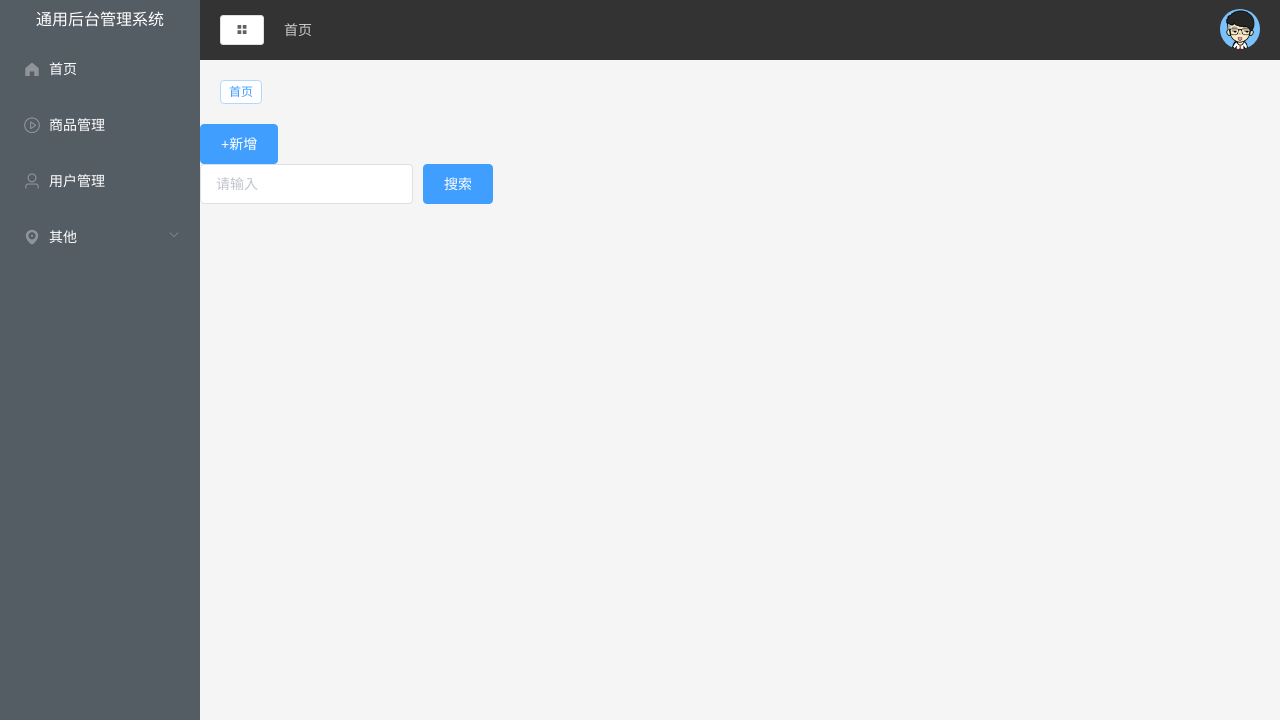
Repository: erwtt/git-demo
Page: /user (app in 后台管理系统/)
The author's editor kept a copy of each file at every save. The page is drawn from the files as they stood at one save, then again after the next save.
The browser window is 1280 px wide. The pictures show the whole page.
The project was rebuilt for these pictures with package versions that can differ from the ones it lists, and the page was loaded fresh each time. Also part of the build but not shown: 后台管理系统/vue.config.js.

Above is the page before, as saved 2022-05-15 22:50:58.

### 后台管理系统/src/main.js
import Vue from 'vue'
import App from './App.vue'
import{Container,Main,Header,Aside} from 'element-ui'
import ElementUI from 'element-ui';
import 'element-ui/lib/theme-chalk/index.css';
import router from './router'
import './assets/less/index.less'
import store from './store'
import http from 'axios'
import '../api/mock.js'
import echarts from 'echarts'
Vue.prototype.$echarts = echarts

Vue.config.productionTip = false
Vue.use(ElementUI)
// Vue.use(Container)
// Vue.use(Main)
// Vue.use(Header)
// Vue.use(Aside)
Vue.prototype.$http = http

new Vue({
  router,
  store,
  render: h => h(App),
}).$mount('#app')

### 后台管理系统/src/App.vue
<template>
  <div>
    <router-view></router-view>
  </div>
</template>

<script>

export default {
  name:'app',

}

</script>

<style>
  html,body{
    margin:0;
    padding: 0;
  }
</style>

### 后台管理系统/src/router/index.js
import Vue from 'vue'
import VueRouter from 'vue-router'
import Main from '../views/main.vue'

Vue.use(VueRouter)
const routes = [{
    path:'/',
    name:'Main',
    component:Main,
    children:[
        {
            path:'/home',
            name:'home',
            component:() => import('../views/home')
        },
        {
            path:'/user',
            name:'user',
            component:() => import('../views/user')
        },
        {
            path:'/mall',
            name:'mall',
            component:() => import('../views/mall')
        },
        {
            path:'/page1',
            name:'page1',
            component:() => import('../views/other/page1')
        },
        {
            path:'/page2',
            name:'page2',
            component:() => import('../views/other/page2')
        }
    ]
}]

export default new VueRouter({
    mode:'history',
    routes
})

### 后台管理系统/src/store/index.js
import Vue from 'vue'
import Vuex from 'vuex'
import tab from './tab'
Vue.use(Vuex)


export default new Vuex.Store({
    modules:{
        tab
    }
})

### 后台管理系统/api/mock.js
import Mock from 'mockjs'
import homeApi from './mockServeData/home.js'
import userApi from './mockServeData/user'

Mock.mock('/home/getData',homeApi.getStatisticalData)
Mock.mock(/user\/add/,'post',userApi.createUser)
Mock.mock(/user\/edit/,'post',userApi.updateUser)

### 后台管理系统/src/views/main.vue
<template>
  <el-container style="height: 100%">
    <el-aside width="auto">
      <common-aside></common-aside>
    </el-aside>
    <el-container>
      <el-header>
        <common-header></common-header>
      </el-header>
      <common-tag></common-tag>
      <el-main>
        <router-view></router-view>
      </el-main>
    </el-container>
  </el-container>

</template>

<script>
//import CommonHeaderVue from '@/components/CommonHeader.vue'
//import { component } from 'vue/types/umd'
import CommonAside from '../components/CommonAside.vue'
import CommonHeader from '../components/CommonHeader.vue'
import CommonTag from '../components/CommonTag.vue'
export default {
  name:'Home',
  data(){
    return{

    }
  },
  components:{
    CommonAside,
    CommonHeader,
    CommonTag
  }
}
</script>

<style lang='less' scoped>
  .el-header{
    background: #333;
  }
  .el-main{
    padding: 0;
  }
</style>

### 后台管理系统/src/views/user/index.vue
<template>
  <div class="manage">
     <el-dialog
        :title="operateType === 'add' ? '新增用户' : '更新用户'"
        :visible.sync="isShow"
      >
        <common-form
            :formLabel="operateFormLabel"
            :form="operateForm"
            :inline="true"
            ref="form"
        ></common-form>
        <div slot="footer" class="dialog-footer">
            <el-button @click="isShow = false">取消</el-button>
            <el-button type="primary" @click="confirm">确定</el-button>
        </div>
        </el-dialog>
        <div class="manage-header">
            <el-button type="primary" @click="addUser">+新增</el-button>
             <common-form
            :formLabel="formLabel"
            :form="searchForm"
            :inline="true"
            ref="form"
        >
            <el-button type="primary" @click="getList" >搜索</el-button>
        </common-form>
        </div>

  </div>
</template>

<script>
import CommonForm from '../../components/CommonForm.vue'
export default {
    name:'User',
    components:{
        CommonForm
    },
    data(){
        return{
            operateType:'add',
            isShow:false,
            operateFormLabel: [
                    {
                        model: 'name',
                        label: '姓名',
                        type: 'input'
                    },
                    {
                        model: 'age',
                        label: '年龄',
                        type: 'input'
                    },
                    {
                        model: 'sex',
                        label: '性别',
                        type: 'select',
                        opts: [
                            {
                                label: '男',
                                value: 1
                            },
                            {
                                label: '女',
                                value: 0
                            }
                        ]
                    },
                    {
                        model: 'birth',
                        label: '出生日期',
                        type: 'date'
                    },
                    {
                        model: 'addr',
                        label: '地址',
                        type: 'input'
                    }
                ],
                operateForm:{
                    name:'',
                    addr:'',
                    age:'',
                    birth:'',
                    sex:''
                },
                formLabel:[{
                    model:'keyword',
                    label:'',
                    type:'input'
                }],
                searchForm:{
                    keyword:''
                }
        }
    },
    methods: {
        confirm(){
            if(this.operateType === 'edit'){
                this.$http.post('/user/edit',this.operateForm).then(res =>{
                    this.isShow = false
                    console.log(res)
                })
            }
            else{
                this.$http.post('/user.add', this.operateForm).then(res => {
                    this.isShow = false
                     console.log(res)
                })
            }
        },
        addUser(){
            this.isShow = true;
            this.operateType = 'add'
            this.operateForm={
                    name:'',
                    addr:'',
                    age:'',
                    birth:'',
                    sex:''
            }
        },
        getList(){

        }
    },

}
</script>

<style>

</style>

### 后台管理系统/src/assets/less/home.less
.home {
    .user {
      display: flex;
      align-items: center;
      padding-bottom: 20px;
      margin-bottom: 20px;
      border-bottom: 1px solid #ccc;
      img {
        width: 150px;
        height: 150px;
        border-radius: 50%;
        margin-right: 40px;
      }
      &info {
        .name {
          font-size: 32px;
          margin-bottom: 10px;
        }
        .access {
          color: #999999;
        }
      }
    }
    .login-info {
      p {
        line-height: 28px;
        font-size: 14px;
        color: #999999;
        span {
          color: #666666;
          margin-left: 60px;
        }
      }
    }
    .num {
      display: flex;
      flex-wrap: wrap;
      justify-content: space-between;
      .el-card {
        width: 32%;
        margin-bottom: 20px;
      }
      .icon {
        font-size: 30px;
        width: 80px;
        height: 60px;
        text-align: center;
        line-height: 60px;
        color: #fff;
      }
      .detail {
        margin-left: 15px;
        display: flex;
        flex-direction: column;
        justify-content: center;
        .num {
          font-size: 30px;
          margin-bottom: 10px;
        }
        .txt {
          font-size: 14px;
          text-align: center;
          color: #999999;
        }
      }
    }
    .graph {
      margin-top: 20px;
      display: flex;
      justify-content: space-between;
      .el-card {
        width: 48%;
      }
    }
  }

### 后台管理系统/src/store/tab.js
//import request from '@/api'

export default{
    namespaced:true,
    state:{
        isCollapse: false,
        tabsList:[
            {
                path:'/home',
                name:'home',
                label:'首页',
                icon:'home'
            }
        ],
        currentMenu: null,
        login: {}
    },
    mutations:{
        collapseMenu(state){
            state.isCollapse = !state.isCollapse
        },
        selectMenu(state, val){
            if(val.name != 'home'){
                state.currentMenu = val
                const result = state.tabsList.findIndex(item => item.name === val.name)
                if(result === -1)
                    state.tabsList.push(val)
            }
            else{
                state.currentMenu = null
            }
        },
        closeTag(state, val){
            const result = state.tabsList.findIndex(item => item.name === val.name)
            if(result !== -1){
                state.tabsList.splice(result,1)
            }
        },
        // login(state, res){
        //     state.login = res
        // }
    },
    // actions:{
    //     login({commit}){
    //         request.login().then((res)=>{
    //             commit('login', res)
    //         })

    //     }
    // }
}

### 后台管理系统/api/mockServeData/home.js
// mock数据模拟
import Mock from 'mockjs'

// 图表数据
let List = []
export default {
  getStatisticalData: () => {
    //Mock.Random.float 产生随机数100到8000之间 保留小数 最小0位 最大0位
    for (let i = 0; i < 7; i++) {
      List.push(
        Mock.mock({
          苹果: Mock.Random.float(100, 8000, 0, 0),
          vivo: Mock.Random.float(100, 8000, 0, 0),
          oppo: Mock.Random.float(100, 8000, 0, 0),
          魅族: Mock.Random.float(100, 8000, 0, 0),
          三星: Mock.Random.float(100, 8000, 0, 0),
          小米: Mock.Random.float(100, 8000, 0, 0)
        })
      )
    }
    return {
      code: 20000,
      data: {
        // 饼图
        videoData: [
          {
            name: '小米',
            value: 2999
          },
          {
            name: '苹果',
            value: 5999
          },
          {
            name: 'vivo',
            value: 1500
          },
          {
            name: 'oppo',
            value: 1999
          },
          {
            name: '魅族',
            value: 2200
          },
          {
            name: '三星',
            value: 4500
          }
        ],
        // 柱状图
        userData: [
          {
            date: '周一',
            new: 5,
            active: 200
          },
          {
            date: '周二',
            new: 10,
            active: 500
          },
          {
            date: '周三',
            new: 12,
            active: 550
          },
          {
            date: '周四',
            new: 60,
            active: 800
          },
          {
            date: '周五',
            new: 65,
            active: 550
          },
          {
            date: '周六',
            new: 53,
            active: 770
          },
          {
            date: '周日',
            new: 33,
            active: 170
          }
        ],
        // 折线图
        orderData: {
          date: ['20191001', '20191002', '20191003', '20191004', '20191005', '20191006', '20191007'],
          data: List
        },
        tableData: [
          {
            name: 'oppo',
            todayBuy: 500,
            monthBuy: 3500,
            totalBuy: 22000
          },
          {
            name: 'vivo',
            todayBuy: 300,
            monthBuy: 2200,
            totalBuy: 24000
          },
          {
            name: '苹果',
            todayBuy: 800,
            monthBuy: 4500,
            totalBuy: 65000
          },
          {
            name: '小米',
            todayBuy: 1200,
            monthBuy: 6500,
            totalBuy: 45000
          },
          {
            name: '三星',
            todayBuy: 300,
            monthBuy: 2000,
            totalBuy: 34000
          },
          {
            name: '魅族',
            todayBuy: 350,
            monthBuy: 3000,
            totalBuy: 22000
          }
        ]
      }
    }
  }
}

### 后台管理系统/api/mockServeData/user.js
import Mock from 'mockjs'

// get请求从config.url获取参数，post从config.body中获取参数
function param2Obj (url) {
  const search = url.split('?')[1]
  if (!search) {
    return {}
  }
  return JSON.parse(
    '{"' +
    decodeURIComponent(search)
      .replace(/"/g, '\\"')
      .replace(/&/g, '","')
      .replace(/=/g, '":"') +
    '"}'
  )
}

let List = []
const count = 200

for (let i = 0; i < count; i++) {
  List.push(
    Mock.mock({
      id: Mock.Random.guid(),
      name: Mock.Random.cname(),
      addr: Mock.mock('@county(true)'),
      'age|18-60': 1,
      birth: Mock.Random.date(),
      sex: Mock.Random.integer(0, 1)
    })
  )
}

export default {
  /**
   * 获取列表
   * 要带参数 name, page, limt; name可以不填, page,limit有默认值。
   * @param name, page, limit
   * @return {{code: number, count: number, data: *[]}}
   */
  getUserList: config => {
    const { name, page = 1, limit = 20 } = param2Obj(config.url)
    console.log('name:' + name, 'page:' + page, '分页大小limit:' + limit)
    const mockList = List.filter(user => {
      if (name && user.name.indexOf(name) === -1 && user.addr.indexOf(name) === -1) return false
      return true
    })
    const pageList = mockList.filter((item, index) => index < limit * page && index >= limit * (page - 1))
    return {
      code: 20000,
      count: mockList.length,
      list: pageList
    }
  },
  /**
   * 增加用户
   * @param name, addr, age, birth, sex
   * @return {{code: number, data: {message: string}}}
   */
  createUser: config => {
    const { name, addr, age, birth, sex } = JSON.parse(config.body)
    console.log(JSON.parse(config.body))
    List.unshift({
      id: Mock.Random.guid(),
      name: name,
      addr: addr,
      age: age,
      birth: birth,
      sex: sex
    })
    return {
      code: 20000,
      data: {
        message: '添加成功'
      }
    }
  },
  /**
   * 删除用户
   * @param id
   * @return {*}
   */
  deleteUser: config => {
    const { id } = param2Obj(config.url)
    if (!id) {
      return {
        code: -999,
        message: '参数不正确'
      }
    } else {
      List = List.filter(u => u.id !== id)
      return {
        code: 20000,
        message: '删除成功'
      }
    }
  },
  /**
   * 批量删除
   * @param config
   * @return {{code: number, data: {message: string}}}
   */
  batchremove: config => {
    let { ids } = param2Obj(config.url)
    ids = ids.split(',')
    List = List.filter(u => !ids.includes(u.id))
    return {
      code: 20000,
      data: {
        message: '批量删除成功'
      }
    }
  },
  /**
   * 修改用户
   * @param id, name, addr, age, birth, sex
   * @return {{code: number, data: {message: string}}}
   */
  updateUser: config => {
    const { id, name, addr, age, birth, sex } = JSON.parse(config.body)
    const sex_num = parseInt(sex)
    List.some(u => {
      if (u.id === id) {
        u.name = name
        u.addr = addr
        u.age = age
        u.birth = birth
        u.sex = sex_num
        return true
      }
    })
    return {
      code: 20000,
      data: {
        message: '编辑成功'
      }
    }
  }
}

### 后台管理系统/src/components/CommonAside.vue
<template>
<div>
<!-- <el-radio-group v-model="isCollapse" style="margin-bottom: 20px;">
  <el-radio-button :label="false">展开</el-radio-button>
  <el-radio-button :label="true">收起</el-radio-button>
</el-radio-group> -->

  <el-menu
    default-active="1-4-1"
    class="el-menu-vertical-demo"
    @open="handleOpen"
    @close="handleClose"
    :collapse="isCollapse"
    background-color="#545c64"
    text-color='#fff'
    active-text-color='#ffd04b'
  >
    <h3>
        {{isCollapse ? '后台':'通用后台管理系统'}}
    </h3>
  <el-menu-item @click='clickMenu(item)' v-for='item in noChildren'  :index='item.path' :key='item.path'>
      <i :class='"el-icon-"+item.icon'></i>
      <span slot="title">{{item.label}}</span>
    </el-menu-item>
    <el-submenu v-for='item in hasChildren' :index='item.path' :key='item.path'>
      <template slot="title">
        <i :class="'el-icon-'+item.icon"></i>
        <span slot="title">{{item.label}}</span>
      </template>
      <el-menu-item-group  v-for='item2 in item.children' :key='item2.path'>

        <el-menu-item @click='clickMenu(item2)' :index="item2.path">{{item2.label}}</el-menu-item>


      </el-menu-item-group>


    </el-submenu>



  </el-menu>
  </div>
</template>

<style lang="less" scoped>
.el-menu-vertical-demo:not(.el-menu--collapse) {
  width: 200px;
  min-height: 400px;
}
.el-menu{


    height: 100vh;
    border:none;
         h3{
            color: #fff;
            text-align: center;
            line-height: 40px;
        }
}

</style>

<script>
//import {mapMutations,mapState} from 'vuex'
export default {
  data() {
    return {
      //isCollapse: false,
      menu:[
        {
          path: '/',
          name: 'home',
          label: '首页',
          icon: 's-home',
          url: 'Home/Home'
        },
        {
          path: '/mall',
          name: 'mall',
          label: '商品管理',
          icon: 'video-play',
          url: 'MallManage/MallManage'
        },
        {
          path: '/user',
          name: 'user',
          label: '用户管理',
          icon: 'user',
          url: 'UserManage/UserManage'
        },
        {
          label: '其他',
          icon: 'location',
          children: [
            {
              path: '/page1',
              name: 'page1',
              label: '页面1',
              icon: 'setting',
              url: 'Other/PageOne'
            },
            {
              path: '/page2',
              name: 'page2',
              label: '页面2',
              icon: 'setting',
              url: 'Other/PageTwo'
            }
          ],
        }
      ]
    };
  },
  methods: {
    handleOpen(key, keyPath) {
      console.log(key, keyPath);
    },
    handleClose(key, keyPath) {
      console.log(key, keyPath);
    },
    clickMenu(item){
        this.$router.push({
            name:item.name
        })
        this.$store.commit('tab/selectMenu',item)
    }
  },
  computed:{
      noChildren(){
          return this.menu.filter(item=> !item.children)
      },
      hasChildren(){
          return this.menu.filter(item => item.children)
      },

      isCollapse(){
        return this.$store.state.tab.isCollapse
      }
  }
};
</script>

### 后台管理系统/src/components/CommonHeader.vue
<template>
  <header>
      <div class='l-content'>
          <el-button @click="dropdownClick" plain icon='el-icon-menu' size='mini'></el-button>
          <!-- <h3 style="color:#fff">首页</h3> -->
          <el-breadcrumb separator="/">
            <el-breadcrumb-item style="color:#dfa" v-for='item in tags' :key='item.path' :to="{ path: item.path }">{{item.label}}</el-breadcrumb-item>

        </el-breadcrumb>
      </div>
      <div class='r-content'>
          <el-dropdown  trigger="click" size='mini'>
              <span>
                  <img class='user' :src="userImg" >
              </span>
            <el-dropdown-menu slot="dropdown">
              <el-dropdown-item>个人中心</el-dropdown-item>
              <el-dropdown-item>退出</el-dropdown-item>
            </el-dropdown-menu>
          </el-dropdown>

      </div>
  </header>
</template>

<script>
import {mapMutations,mapState} from 'vuex'
export default {
    name:'CommonHeader',
    data(){
        return{
            userImg:require('../assets/images/user.png')
        }
    },
    methods: {
        // dropdownClick(){
        //     this.$store.commit('collapseMenu')
        // }
        ...mapMutations('tab',{dropdownClick:'collapseMenu'})

    },
    computed:{
        ...mapState({
            tags:state => state.tab.tabsList
        })
    }
}
</script>

<style  lang='less' scoped>
    header{
        display: flex;
        height: 100%;
        justify-content: space-between;
        align-items:center ;
    }
    .l-content{
        display: flex;
        align-content: center;
        .el-button{
            margin-right:20px;
        }
        .el-breadcrumb {
            line-height: 30px;
        }
       .el-breadcrumb  /deep/  .el-breadcrumb__inner
      {
        color: #ccc !important;				//你想要设置的字体颜色
    }
    }
    .r-content{
        .user{
            width: 40px;
            height: 40px;
            border-radius:50%;
        }
    }
</style>

### 后台管理系统/src/components/CommonTag.vue
<template>
  <div class='tabs'>
      <el-tag size='small' v-for='(tag, index) in tags' :key="tag.name" :closable="tag.name !== 'home'"
      :effect="$route.name === tag.name ? 'dark' : 'plain'"
      @click="changeMenu(tag)"
      @close='handleClose(tag, index)'>
         {{tag.label}}
      </el-tag>
  </div>
</template>

<script>
import {mapState,mapMutations} from 'vuex'
export default {
    name:'CommonTag',
    data(){
        return {

        }
    },
    computed:{
        ...mapState({
            tags:state => state.tab.tabsList
        }
        )
    },
    methods: {
        changeMenu(item){
            this.$router.push({name: item.name})
        },
        handleClose(tag, index){
            const length = this.tags.length-1
            this.close(tag)
            if(tag.name !== this.$route.name)
            return;
            if(index === length){
                this.$router.push({
                    name:this.tags[index-1].name
                })
            }
            else{
                this.$router.push({
                    name:this.tags[index].name
                })
            }
        },
        ...mapMutations('tab',{close:'closeTag'})
    },
}
</script>

<style lang="less" scoped>
    .tabs{
        padding: 20px;
        .el-tag{
            margin-right: 15px;
            cursor: pointer;
        }
    }
</style>

### 后台管理系统/src/components/CommonForm.vue
<template>
  <el-form ref="form" label-width="100px" :model="form" :inline="inline">
    <el-form-item
      v-for="item in formLabel"
      :key="item.label"
      :label="item.label"
    >
      <el-input
        v-if="item.type === 'input'"
        :placeholder="'请输入' + item.label"
        v-model="form[item.model]"
      >
      </el-input>
      <el-switch v-if="item.type === 'switch'" v-model="form[item.model]">
      </el-switch>
      <el-date-picker
        v-if="item.type === 'date'"
        type="date"
        value-format="yyyy-MM-dd"
        placeholder="选择日期"
        v-model="form[item.model]"
      ></el-date-picker>
      <el-select
        v-if="item.type === 'select'"
        placeholder="请选择"
        v-model="form[item.model]"
      >
        <el-option
            v-for="item in item.opts"
            :key="item.value"
            :label="item.label"
            :value="item.value"
        ></el-option>
      </el-select>
    </el-form-item>
    <el-form-item><slot></slot></el-form-item>
  </el-form>
</template>

<script>
export default {
  name: "CommonForm",
  props: {
    formLabel: Array,
    form: Object,
    inline: Boolean,
  },
  data(){
      return{

      }
  }
};
</script>

<style>
</style>

Loaded but not shown: 后台管理系统/public/index.html (common file); 后台管理系统/src/assets/less/index.less (common file); 后台管理系统/src/assets/less/common.less (common file); 后台管理系统/src/assets/less/reset.less (common file)

After the next save:
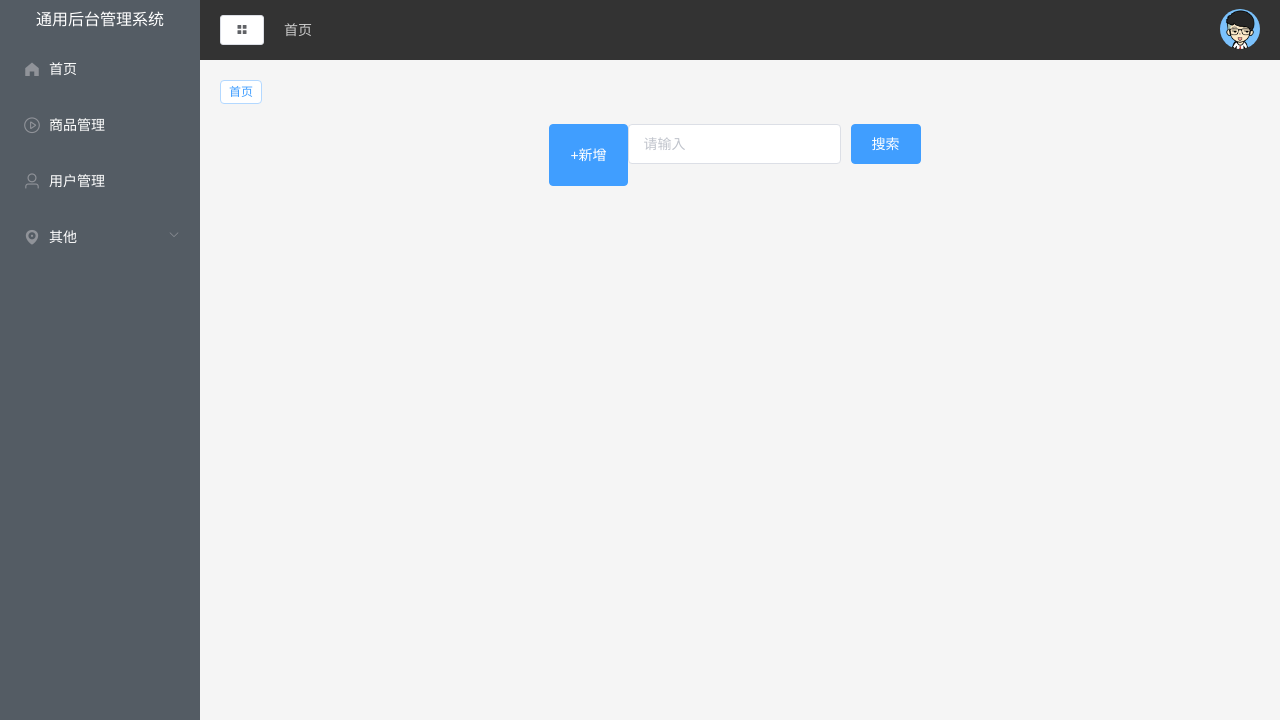
Saved 27 min 1 s later.
--- a/后台管理系统/src/views/user/index.vue
+++ b/后台管理系统/src/views/user/index.vue
@@ -129,6 +129,10 @@ export default {
 }
 </script>
 
-<style>
+<style lang="less" scoped>
+.manage-header{
+    display:flex;
+    justify-content:center ;
+}
 
 </style>
